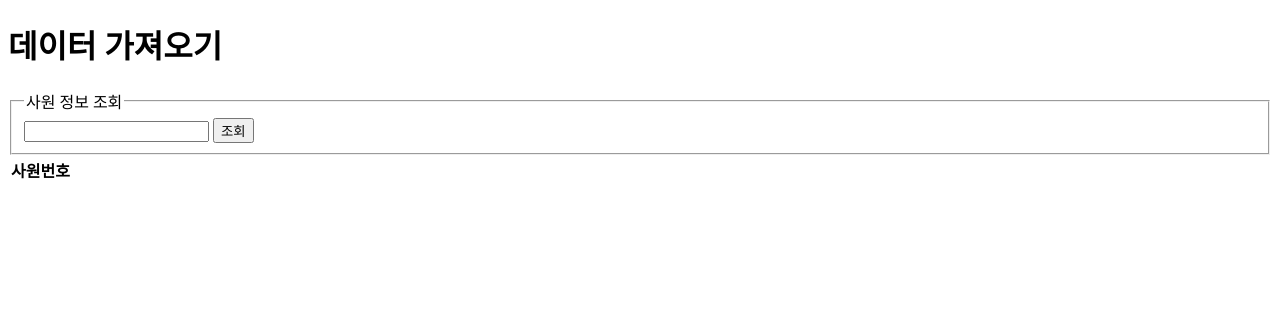
Repository: lafayetteey/WorkSpace_JQ_Ajax
Page: workspace_jq_Ajax/UI_JQ_Ajax/WebContent/jq21_ajax.html
An editor plug-in stored every save of this project. The page is shown before and after a run of saves, followed by the edit.
The browser window is 1280 px wide. The pictures show the whole page.

Above is the page before, as saved 2020-06-22 09:47:00.

### workspace_jq_Ajax/UI_JQ_Ajax/WebContent/jq21_ajax.html
<!DOCTYPE html>
<html>
<head>
<meta charset="UTF-8">
<title>Insert title here</title>
</head>
<body>
	<h1>데이터 가져오기</h1>
	<fieldset>
		<legend>사원 정보 조회 </legend>
		<input type="text" name="empid">
		<input type="button" id="emp_search" value="조회">
	</fieldset>
	<table>
		<tr>
			<th>사원번호 </th>
		</tr>
	</table>
</body>
</html>

After the next 2 saves:
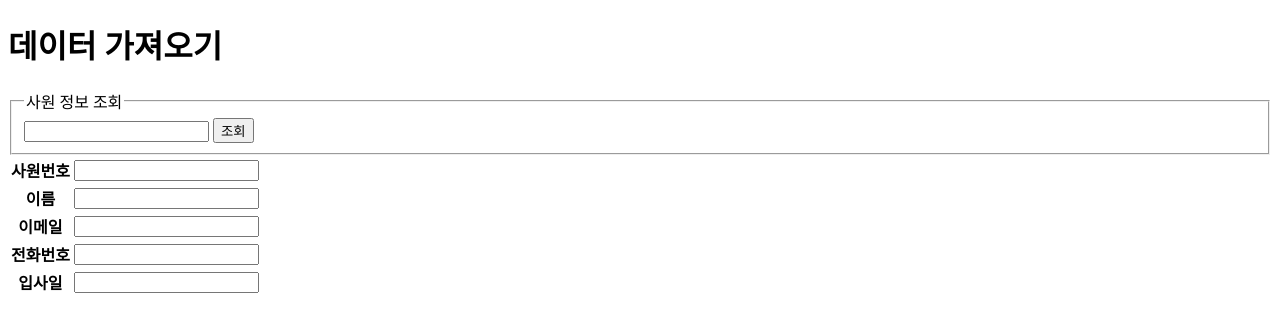
The 2 saves are shown as one change because they came seconds apart.
The last was saved 75 s later.
--- a/workspace_jq_Ajax/UI_JQ_Ajax/WebContent/jq21_ajax.html
+++ b/workspace_jq_Ajax/UI_JQ_Ajax/WebContent/jq21_ajax.html
@@ -14,6 +14,23 @@
 	<table>
 		<tr>
 			<th>사원번호 </th>
+			<td><input type="text" name="empNum"></td>
+		</tr>
+		<tr>
+			<th>이름 </th>
+			<td><input type="text" name="empNum"></td>
+		</tr>
+		<tr>
+			<th>이메일 </th>
+			<td><input type="text" name="empNum"></td>
+		</tr>
+		<tr>
+			<th>전화번호 </th>
+			<td><input type="text" name="empNum"></td>
+		</tr>
+		<tr>
+			<th>입사일 </th>
+			<td><input type="text" name="empNum"></td>
 		</tr>
 	</table>
 </body>
